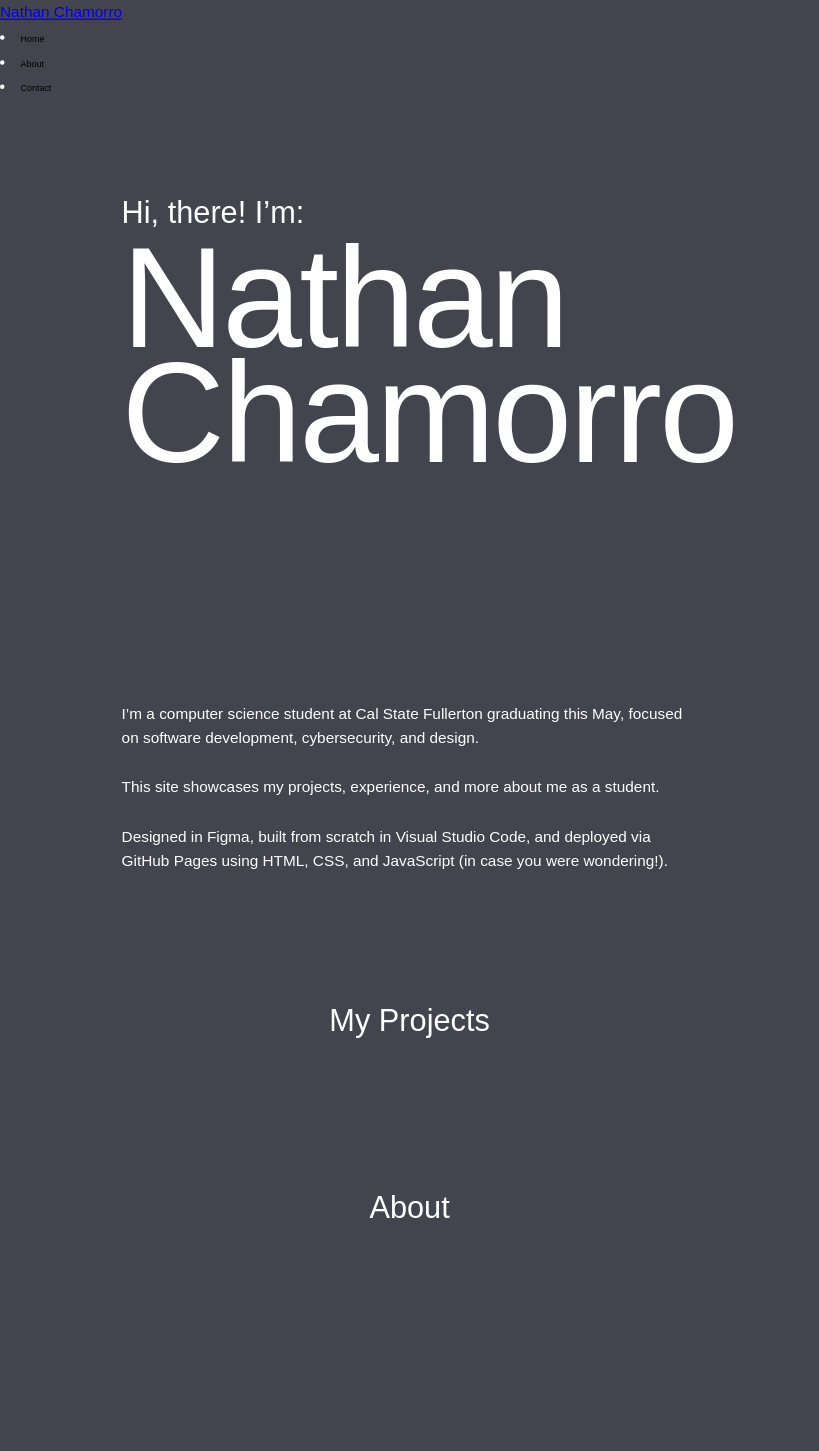
Repository: nathanchamorro1/nathanchamorro1.github.io
Page: index.html
An editor plug-in stored every save of this project. The page is shown before and after a run of saves, followed by the edit.
The browser window is 1280 px wide. The pictures show the whole page, at 64% of full size.
Some web fonts or font styles are not loaded; a fallback is used.

Above is the page before, as saved 2026-02-17 16:59:51.

After the next 2 saves:
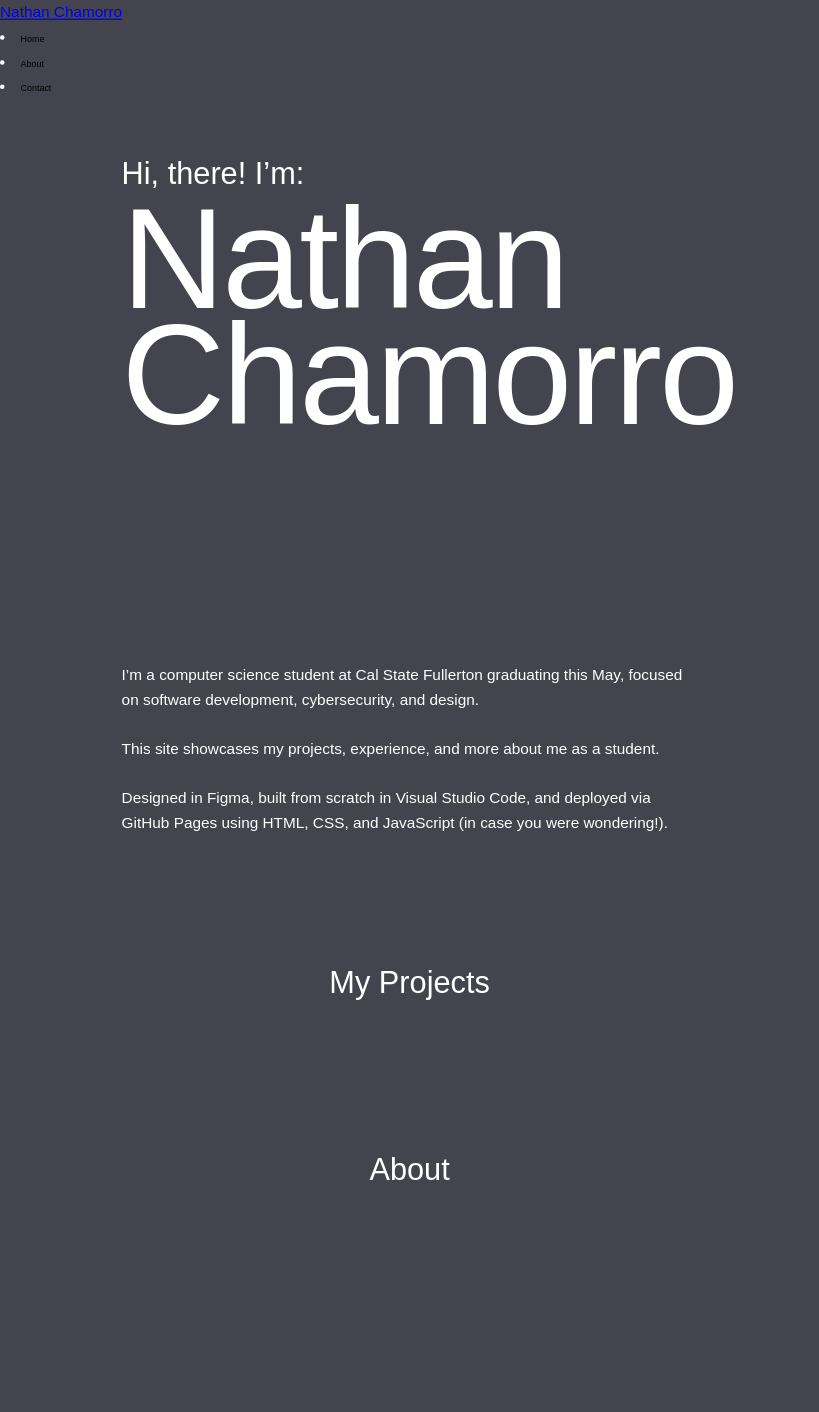
The 2 saves are shown as one change because they came seconds apart.
The last was saved 7 s later.
--- a/css/style.css
+++ b/css/style.css
@@ -26,7 +26,7 @@ body {
     align-items: flex-start;
     flex-direction: column;
     justify-content: flex-start;
-    padding-top: 60px;
+    padding-top: 0px;
     text-align: left;
 }
 
